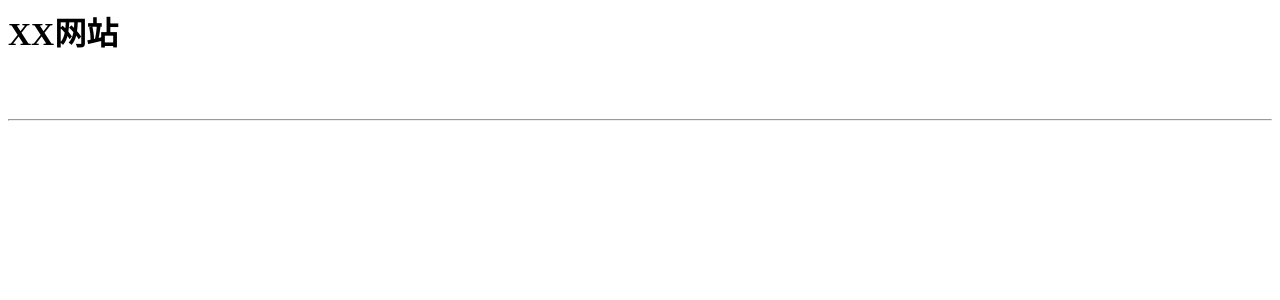
Repository: wsws1996/myproject
Page: http://localhost/day09_user/
An editor plug-in stored every save of this project. The page is shown before and after the next save, followed by the edit.
The browser window is 1280 px wide. The pictures show the whole page.
The page is served by Tomcat 9. Other server files are loaded and not shown.

Above is the page before, as saved 2015-11-21 12:04:51.

### java/workspace/day09_user/WebRoot/index.jsp
<%@ page language="java" import="java.util.*" pageEncoding="UTF-8"%>

<!DOCTYPE HTML PUBLIC "-//W3C//DTD HTML 4.01 Transitional//EN">
<html>
<head>
<title>首页</title>
<!--
	<link rel="stylesheet" type="text/css" href="styles.css">
	-->
</head>

<body>
	<h1>XX网站</h1>
	<br>
	<br>
	<a href="${pageContext.request.contextPath }/servlet/RegisterUIServlet"注册></a>
	<hr>
</body>
</html>

After the next save:
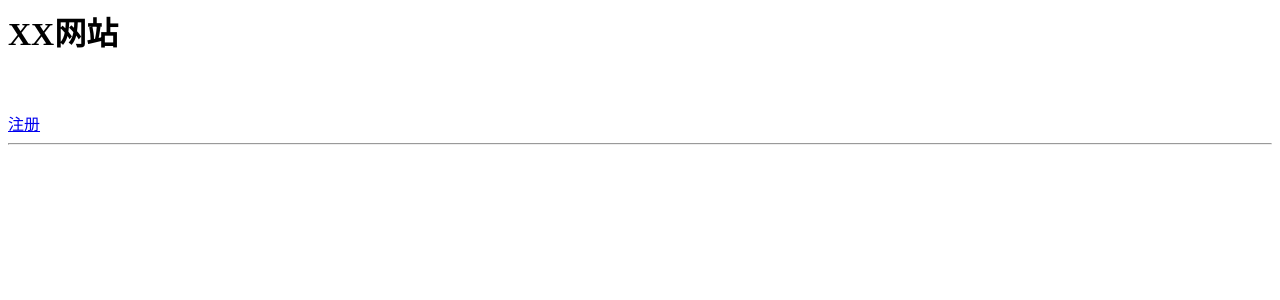
Saved 24 s later.
--- a/java/workspace/day09_user/WebRoot/index.jsp
+++ b/java/workspace/day09_user/WebRoot/index.jsp
@@ -13,7 +13,7 @@
 	<h1>XX网站</h1>
 	<br>
 	<br>
-	<a href="${pageContext.request.contextPath }/servlet/RegisterUIServlet"注册></a>
+	<a href="${pageContext.request.contextPath }/servlet/RegisterUIServlet">注册</a>
 	<hr>
 </body>
 </html>
